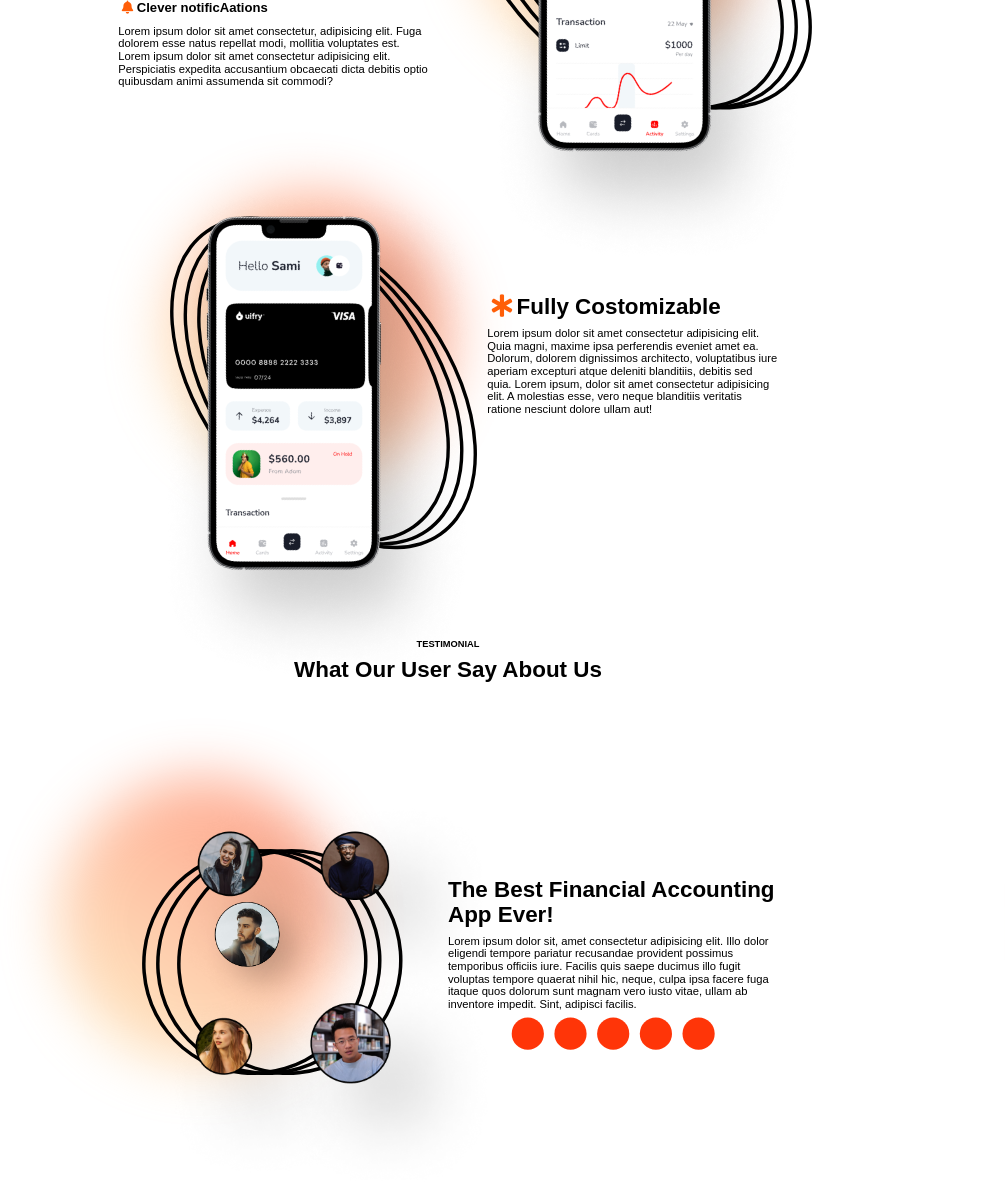
Repository: sakshambansal7/Uifry
Page: index.html
These files come from the project's save history. The page is drawn as it stood at one moment and after a run of saves; the edit follows.
The browser window is 1280 px wide. The page is 1435 px wide, so the pictures cover 1435 px, including what lies to the right of the window. The pictures show the part of the page from y = 1714 to 3434 px (the page is 3434 px tall), at 70% of full size.
Some web libraries are served in a nearby version.

Above is the page before, as saved 2024-06-12 22:37:38.

After the next 4 saves:
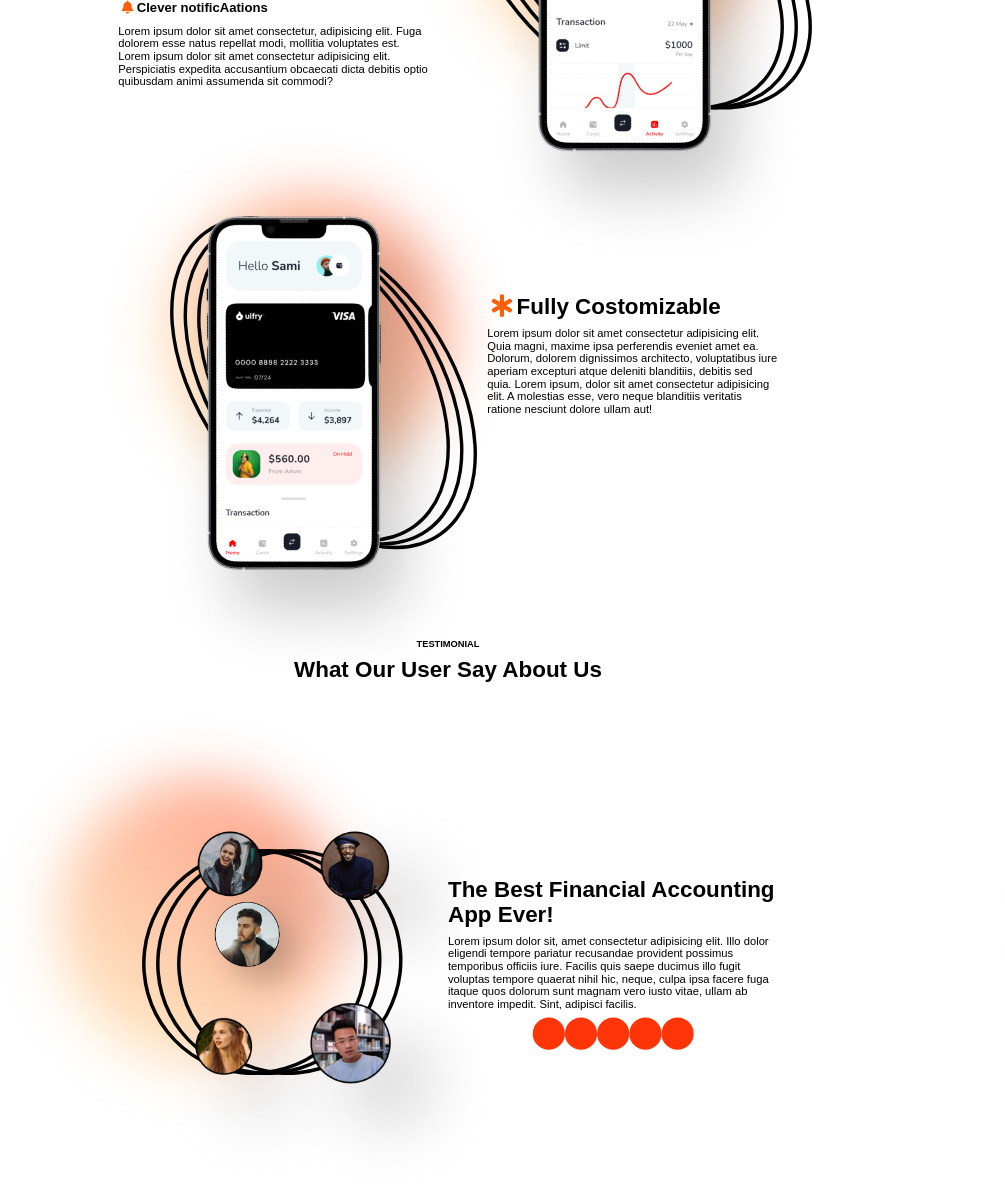
The 4 saves are shown as one change because they came seconds apart.
The last was saved 10 s later.
--- a/style.css
+++ b/style.css
@@ -416,7 +416,7 @@
   display: flex;
   align-items: center;
   justify-content: center;
-  flex-direction: row-;
+  fl
 gap: 15px;
 }
 

After the 5 saves that followed:
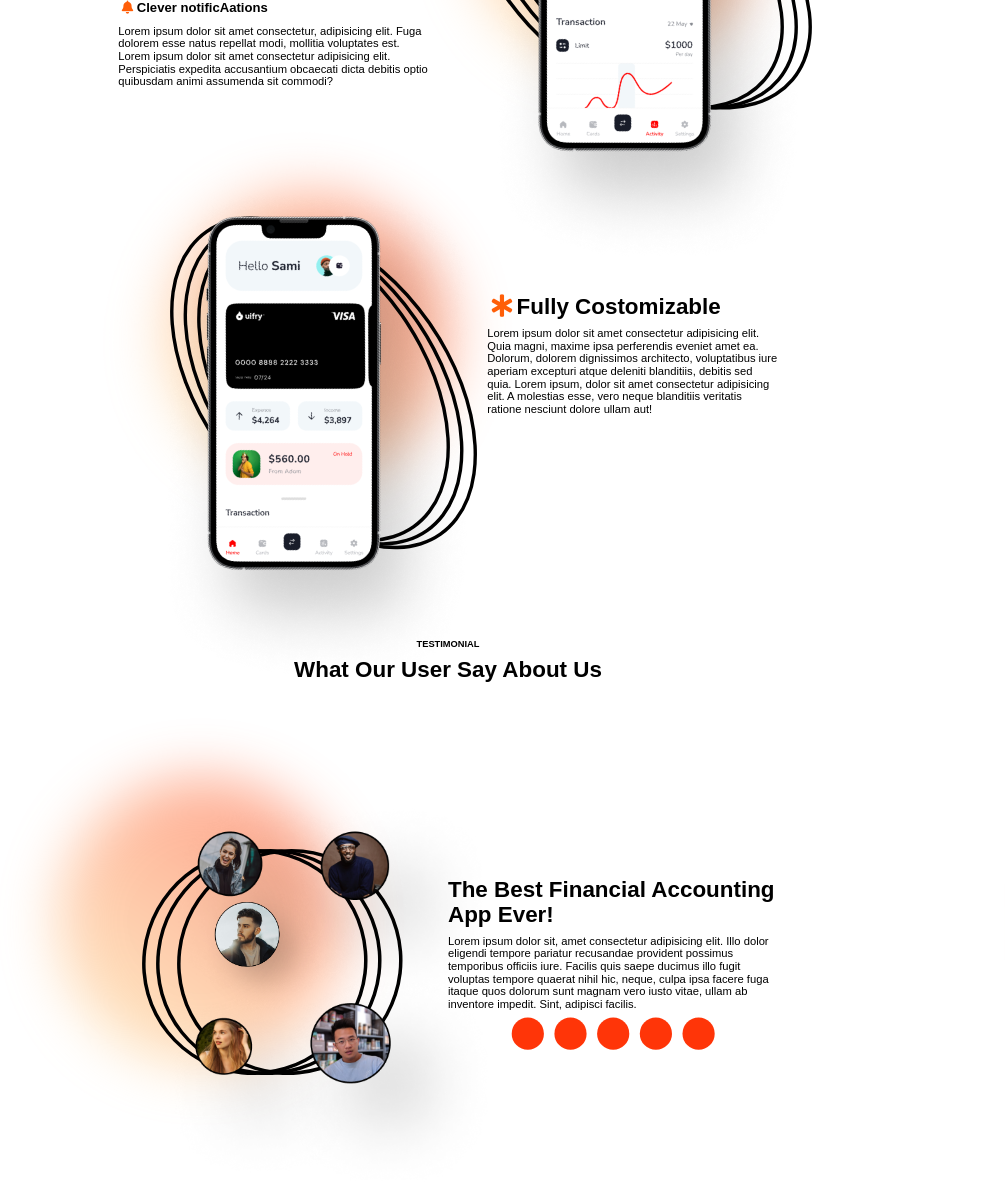
The 5 saves are shown as one change because 1 left the picture as it was and some came seconds apart.
The last was saved 17 s later.
--- a/style.css
+++ b/style.css
@@ -416,7 +416,7 @@
   display: flex;
   align-items: center;
   justify-content: center;
-  fl
+  flex-direction: ;
 gap: 15px;
 }
 
